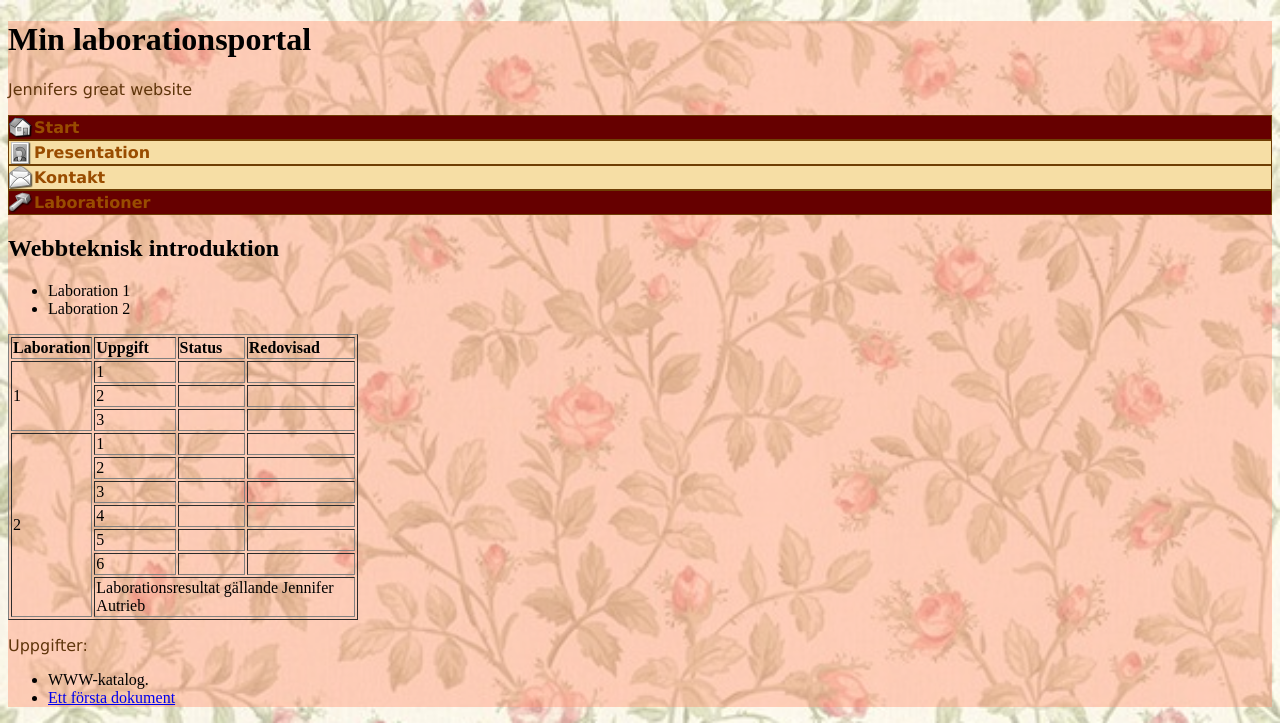
Repository: JeAut/1ik415-JeAut-laborationer
Page: WWW/pages/laborationer.html
The author's editor kept a record of every edit. The page is drawn from the files as they stood at one moment, then again after the next edit.
The browser window is 1280 px wide. The pictures show the whole page.

Above is the page before.

After the next edit:
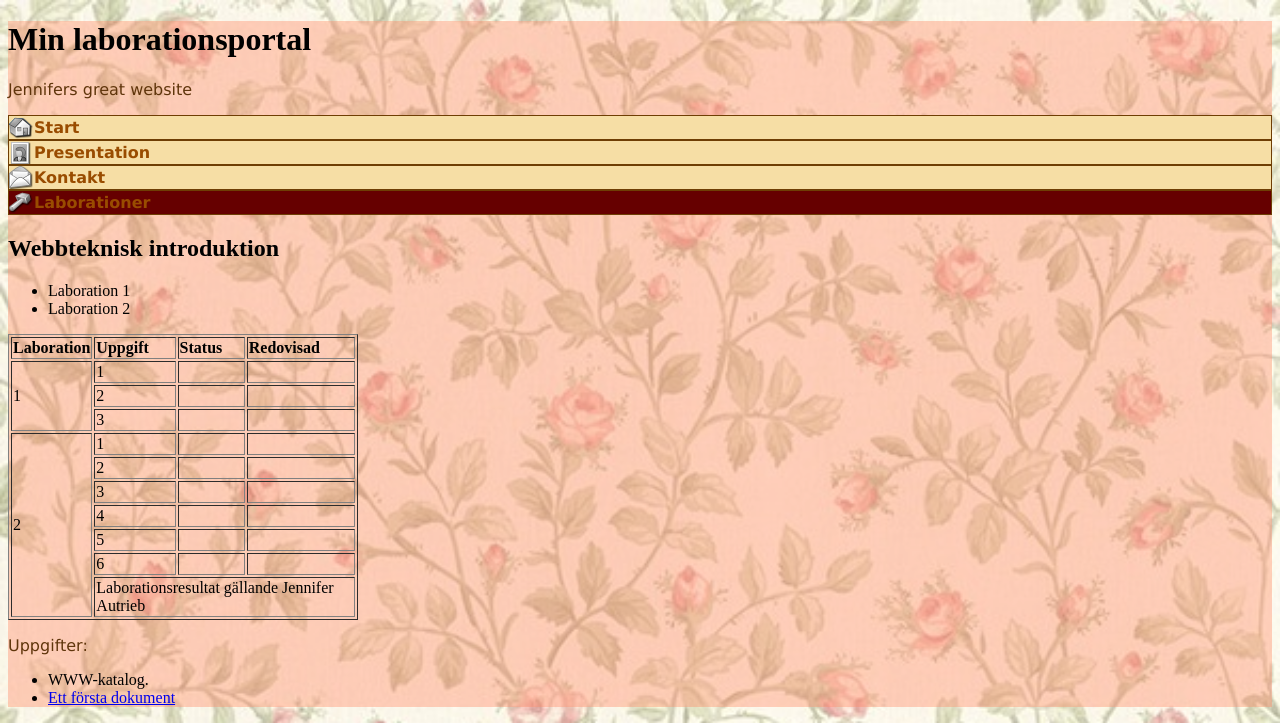
The edit:
--- a/WWW/pages/laborationer.html
+++ b/WWW/pages/laborationer.html
@@ -17,13 +17,13 @@
         </div>
 
         <div id="navigation">
-    <ul>
-        <li><a href="../index.html" class="active buttonstart"> Start</a></li>
-        <li><a href="Presentation.html" class="buttonpresent"> Presentation</a></li>
-        <li><a href="kontakt.html" class="buttonkontakt"> Kontakt</a></li>
-        <li><a href="laborationer.html" class="active buttonlabb"> Laborationer</a></li>
-    </ul>
-</div>
+        <ul>
+          <li><a href="../index.html" class="buttonstart"> Start</a></li>
+          <li><a href="Presentation.html" class="buttonpresent"> Presentation</a></li>
+          <li><a href="kontakt.html" class="buttonkontakt"> Kontakt</a></li>
+          <li><a href="laborationer.html" class="active buttonlabb"> Laborationer</a></li>
+        </ul>
+        </div>
 
         <!--
         <ul class="sidemenu">
